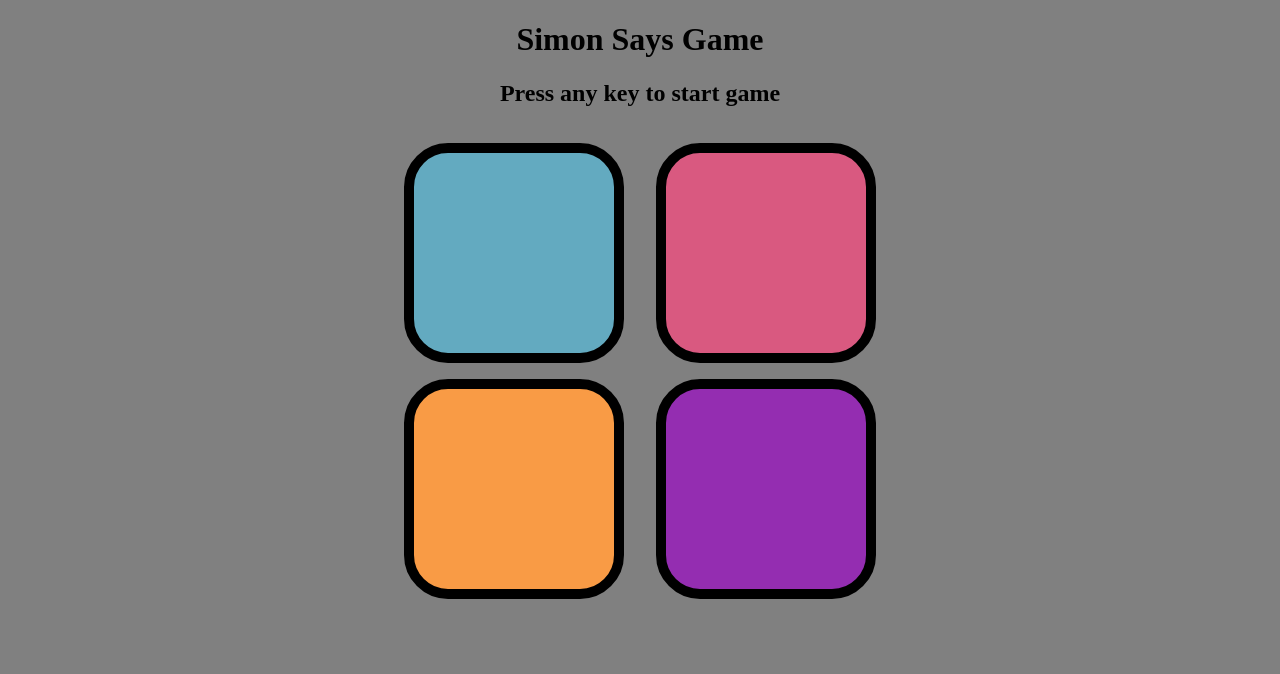
Repository: Ruchii02/javascript-mini-project
Page: index.html
The author's editor kept a copy of each file at every save. The page is drawn from the files as they stood at one save, then again after the next save.
The browser window is 1280 px wide. The pictures show the whole page.

Above is the page before, as saved 2024-07-02 11:41:29.

### index.html
<!DOCTYPE html>
<html lang="en">
<head>
    <meta charset="UTF-8">
    <meta name="viewport" content="width=device-width, initial-scale=1.0">
    <title>Document</title>
    <link rel="stylesheet" href="style.css">
</head>
<body>
   <h1>Simon Says Game</h1>
   <h2>Press any key to start game</h2>
   <div class="btn-container">
    <div class="fline">
        <div class="btn green" type="button" id="green"></div>
        <div class="btn yellow" type="button" id="yellow"></div>
    </div>
    <div class="sline">
        <div class="btn red" type="button" id="red"></div>
        <div class="btn blue" type="button" id="blue"></div>
    </div>
   </div>
   <script src="app.js"></script>
</body>
</html>

### style.css
body{
    text-align: center;
    background-color:gray;
}
.btn{
    height: 200px;
    width: 200px;
    border-radius: 20%;
    border: 10px solid black;
    margin: 1rem;

}
.btn-container{
    display: flex;
    justify-content: center;

}
.yellow{
    background-color:#f99b45;
}
.red{
    background-color:#d95980;
}
.green{
    background-color:#63aac0;
}
.blue{
    background-color:#942db1;
}
.flash{
    background-color: white;
}
.userFlash{
    background-color: rgb(107, 209, 107);
}

### app.js
let gameSeq=[];
let userSeq=[];
 let start = false;
 let level=0;
let btns =["yellow","green","red" , "blue"];
let h2= document.querySelector("h2");

 document.addEventListener("keypress" , function(){
   if(start==false){
    console.log("game started");
    start = true;

     levelup();
   }
 });

 function btnFlash(btn){
    btn.classList.add("flash");
    //let f = document.querySelector(".flash");
    //f.background-color(white);
    setTimeout(function() {
      btn.classList.remove("flash");

    } , 250);
 }
 function userFlash(btn){
  btn.classList.add("userFlash");
  setTimeout(function() {
    btn.classList.remove("userFlash");

  } , 250);
}

 function levelup(){
  userSeq = [];
    level++;
    h2.innerText=`Level ${level}`;
     let ranInd = Math.floor(Math.random()*3);
     let ranCol= btns[ranInd];
     let ranBtn = document.querySelector(`.${ranCol}`);
     gameSeq.push(ranCol);
     btnFlash(ranBtn);
    }

    function checkAns( idx ){
      if(userSeq[idx] === gameSeq[idx]){
       if(userSeq.length == gameSeq.length){
       setTimeout(levelup,1000);
       }
      }else{
        h2.innerText   = `Game Over!<br> Your score was :<b> ${level}</b> <br>Press any key to start`;
        document.querySelector("body").style.backgroundColor = "red";
        setTimeout(function(){
          document.querySelector("body").style.backgroundColor = "gray";
        } , 150)
        reset()
      }


    }

    function btnPress (){
      let btn = this;
      userFlash(btn);
      //console.log("btn was pressed");

      userColor = btn.getAttribute("id");
      userSeq.push(userColor);

      checkAns(userSeq.length-1);

    }

    let allBtns = document.querySelectorAll(".btn");
    for(btn of allBtns){
      btn.addEventListener("click" , btnPress);
    }

    function reset(){
      start = false ;
      gameSeq = [];
      userSeq = [];
      level = 0;
    }

After the next save:
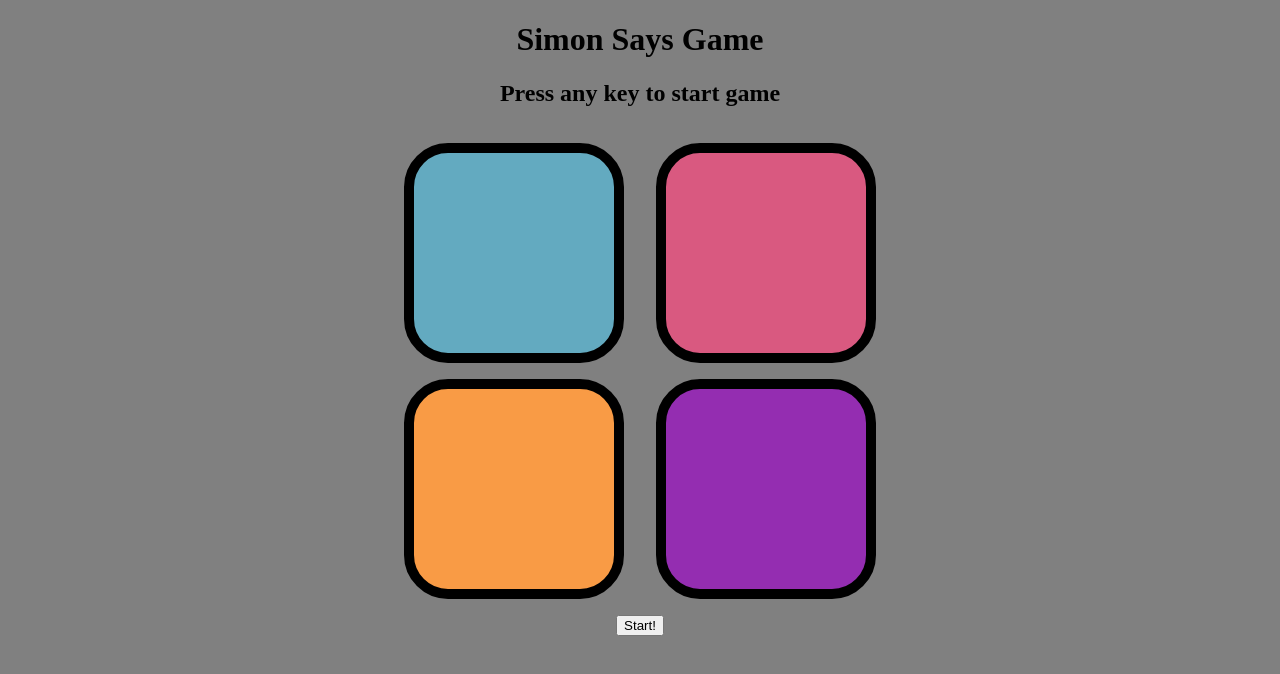
Saved 98 s later.
--- a/index.html
+++ b/index.html
@@ -19,6 +19,7 @@
         <div class="btn blue" type="button" id="blue"></div>
     </div>
    </div>
+   <button>Start!</button>
    <script src="app.js"></script>
 </body>
 </html>
